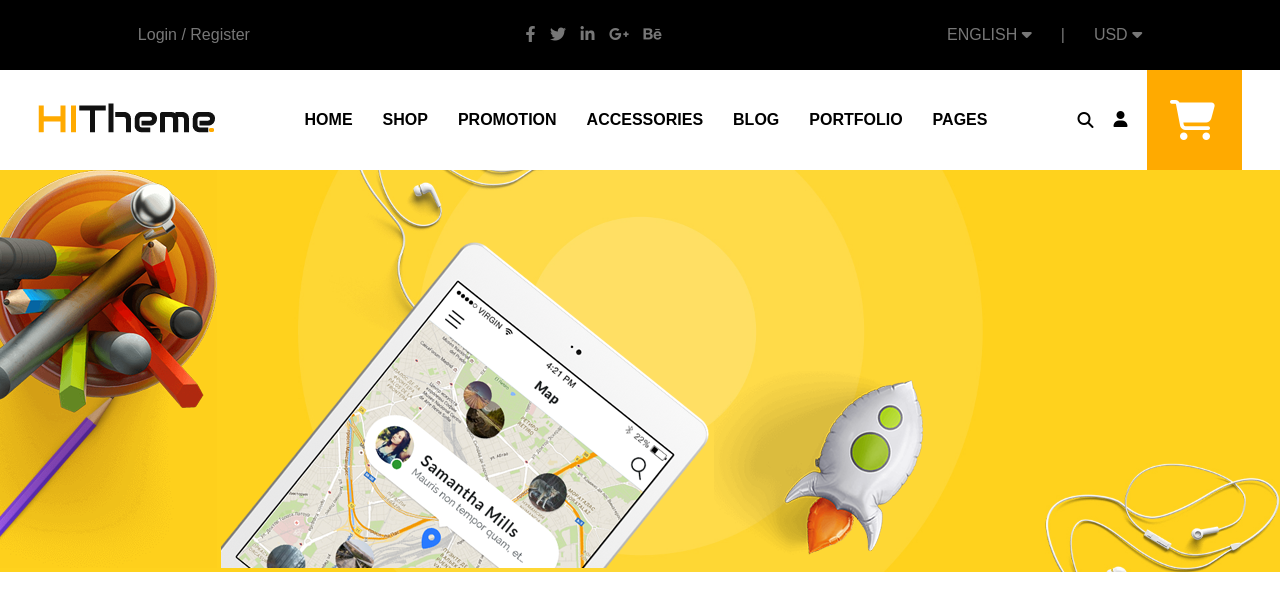
Repository: Thach1311/DU-AN-WEB-BAN-HANG-
Page: index1.html
The author's editor kept a copy of each file at every save. The page is drawn from the files as they stood at one save, then again after the next save.
The browser window is 1280 px wide. The pictures show the whole page.

Above is the page before, as saved 2023-02-23 17:26:21.

After the next save:
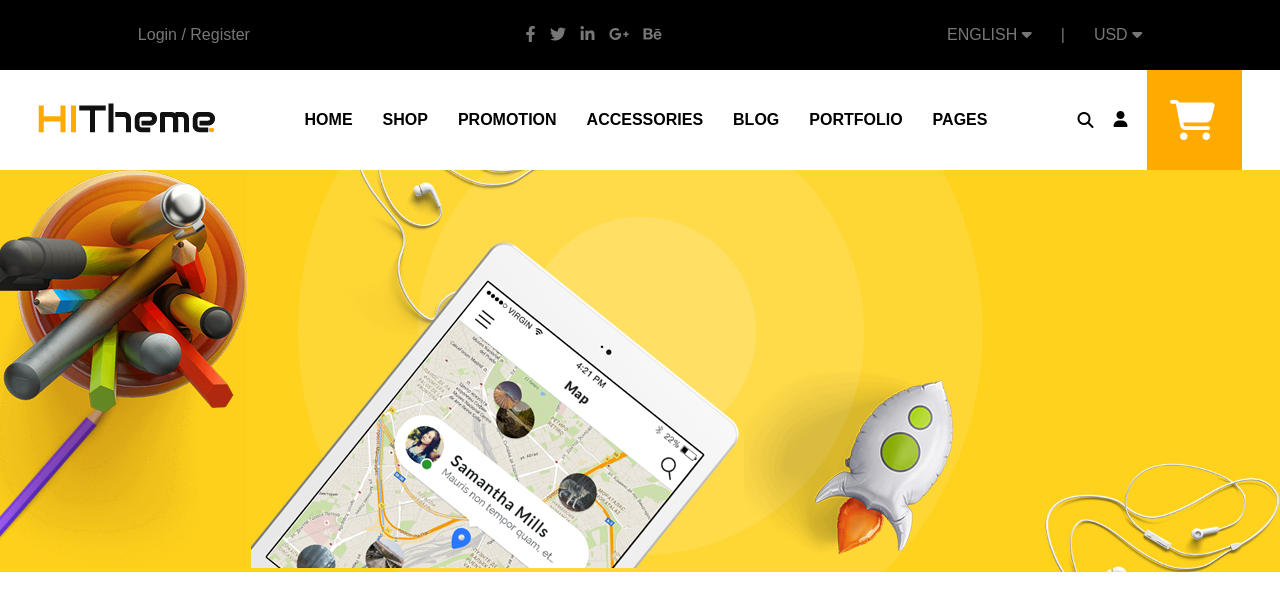
Saved 6 s later.
--- a/CSS/style1.css
+++ b/CSS/style1.css
@@ -614,7 +614,7 @@
    /* position: relative; */
 }
 .slide__bgMain-item1{
-    animation: go 2s  infinite;
+
     animation-delay: go 2s  infinite;
 }
 

After the save that followed:
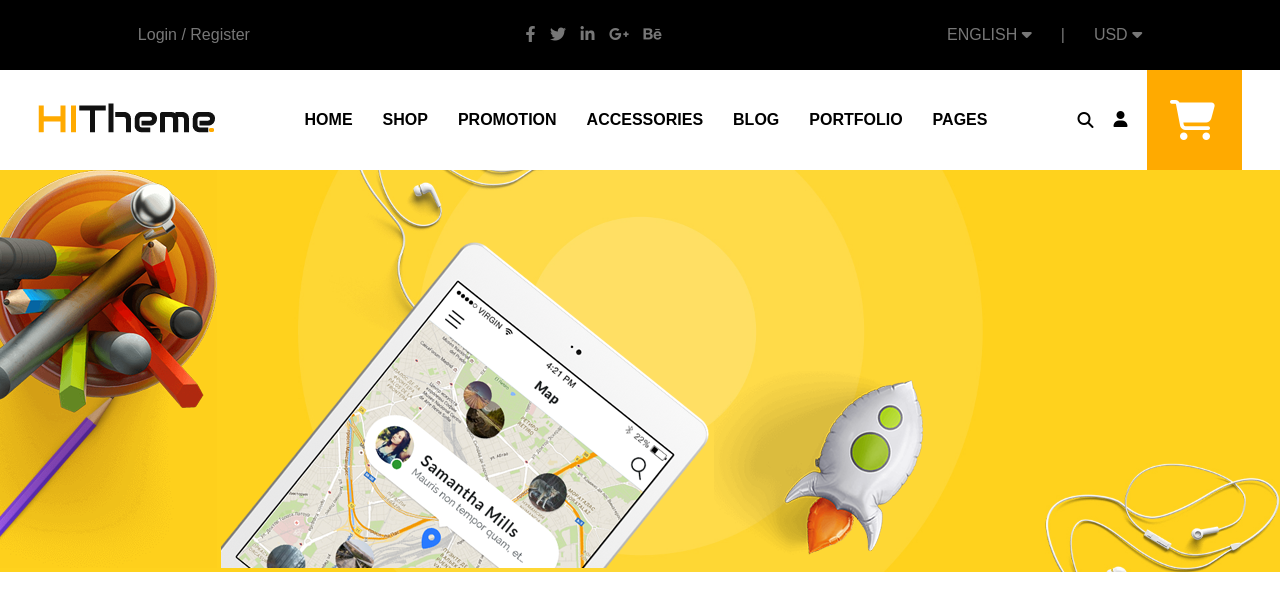
Saved 8 s later.
--- a/CSS/style1.css
+++ b/CSS/style1.css
@@ -615,7 +615,7 @@
 }
 .slide__bgMain-item1{
 
-    animation-delay: go 2s  infinite;
+    animation: go 2s  infinite;
 }
 
 /* Animation */
